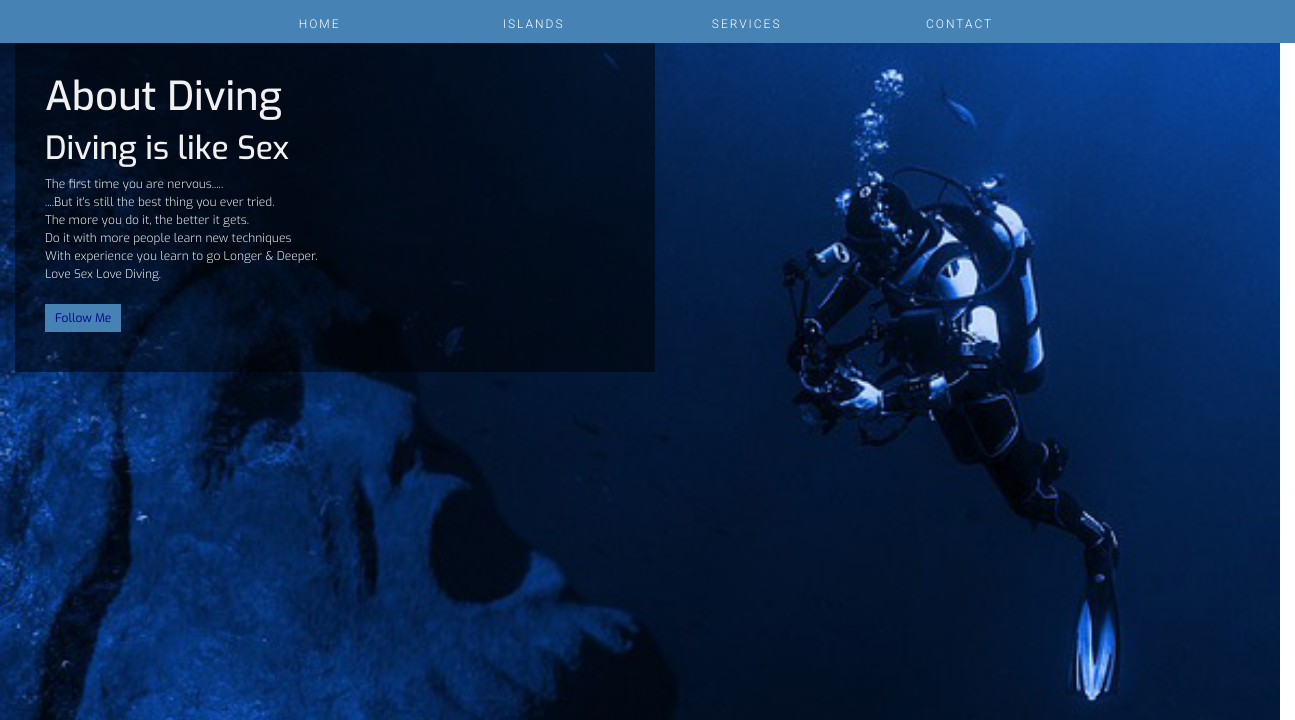
Repository: Code-Institute-Submissions/cathyann-diving.github.io
Page: home.html
The author's editor kept a record of every edit. The page is drawn from the files as they stood at one moment, then again after the next edit.
The browser window is 1280 px wide. The page is 1295 px wide, so the pictures cover 1295 px, including what lies to the right of the window. The pictures show the whole page.

Above is the page before.

After the next edit:
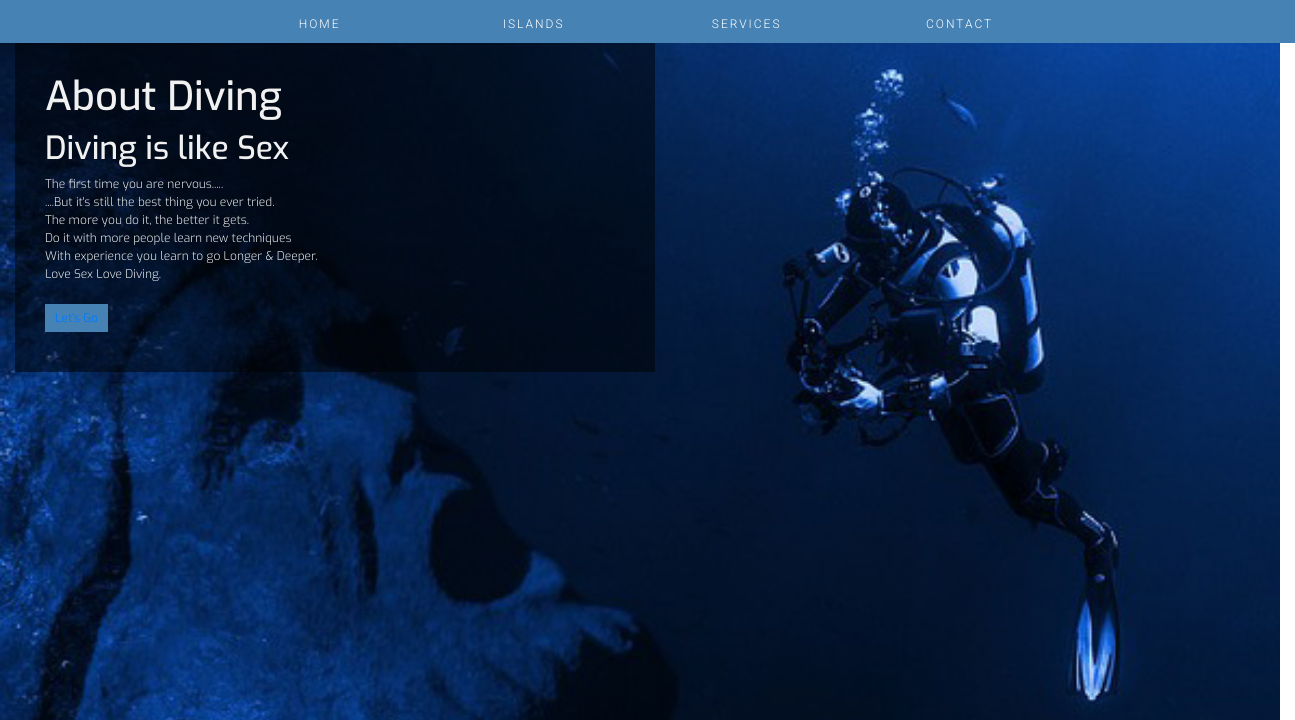
The edit:
--- a/home.html
+++ b/home.html
@@ -42,7 +42,7 @@
             <h2>Diving is like Sex</h2>
             <p>The first time you are nervous.....<br> ....But it's still the best thing you ever tried.<br> The more you do it, the better it gets.<br> Do it with more people learn new techniques<br> With experience you learn to go Longer & Deeper.<br>                Love Sex Love Diving.
             </p>
-            <button type="button" class="button">Follow Me</button>
+            <button type="button" class="button"><a href="islands.html">Let's Go</a></button>
         </div>
     </div>
     </div>
